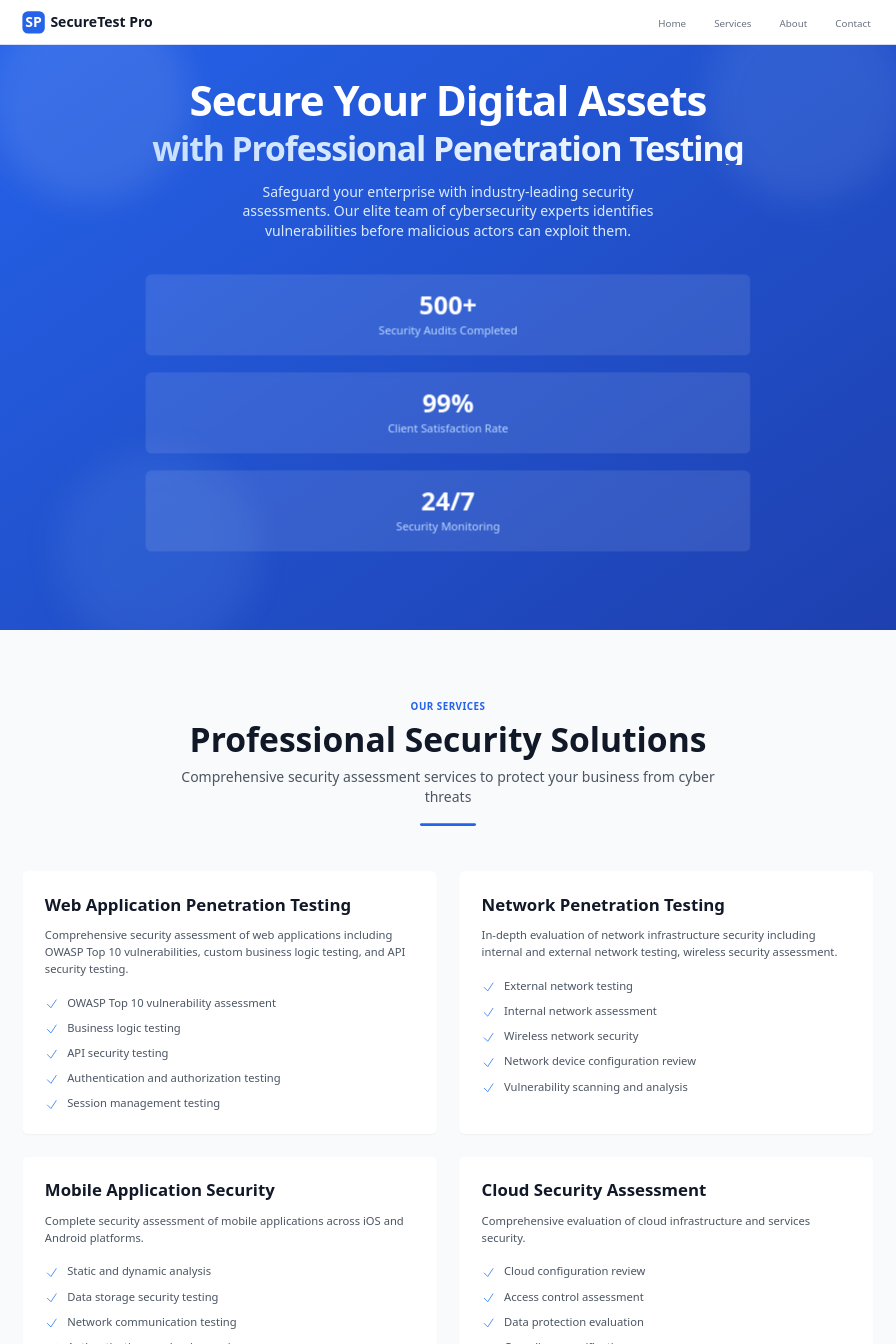
Repository: ZSayless/Penetration-test
Page: /
The author's editor kept a copy of each file at every save. The page is drawn from the files as they stood at one save, then again after the next save.
The browser window is 1280 px wide. The pictures show the part of the page from y = 0 to 1920 px (the page is 8303 px tall before and 8123 px after), at 70% of full size.
The project was rebuilt for these pictures with package versions that can differ from the ones it lists, and the page was loaded fresh each time. The framework's server and built-in components were replaced by stand-ins that run in the browser. Also part of the build but not shown: next.config.js.

Above is the page before, as saved 2024-12-06 10:27:06.

### src/app/layout.tsx
import type { Metadata } from "next";
import Navbar from "@/components/Navbar";
import "./globals.css";

export const metadata: Metadata = {
  title: "SecureTest Pro | Enterprise Cybersecurity Solutions",
  description:
    "Leading provider of advanced penetration testing and security assessment services. Protect your enterprise with our comprehensive cybersecurity solutions and expert vulnerability analysis.",
};

export default function RootLayout({
  children,
}: {
  children: React.ReactNode;
}) {
  return (
    <html lang="en">
      <body>
        <Navbar />
        {children}
      </body>
    </html>
  );
}

### src/app/page.tsx
'use client';

import Hero from '@/components/sections/Hero';
import Services from '@/components/sections/Services';
import Process from '@/components/sections/Process';
import About from '@/components/sections/About';
import Features from '@/components/sections/Features';
import Testimonials from '@/components/sections/Testimonials';
import Contact from '@/components/sections/Contact';
import WhyPentest from '@/components/sections/WhyPentest';
import FAQ from '@/components/sections/FAQ';
import Tools from '@/components/sections/Tools';

export default function Home() {
  return (
    <main>
      <section id="home" className="relative min-h-screen flex items-center justify-center overflow-hidden px-4 sm:px-6 lg:px-8 py-20 sm:py-24 md:py-28">
        <div className="absolute inset-0 bg-gradient-to-br from-blue-600 to-blue-800">
          <div className="absolute inset-0 opacity-10 hidden md:block">
            <div className="absolute top-0 -left-4 w-48 h-48 md:w-72 md:h-72 bg-white rounded-full mix-blend-multiply filter blur-xl animate-blob"></div>
            <div className="absolute top-0 -right-4 w-48 h-48 md:w-72 md:h-72 bg-blue-200 rounded-full mix-blend-multiply filter blur-xl animate-blob animation-delay-2000"></div>
            <div className="absolute -bottom-8 left-20 w-48 h-48 md:w-72 md:h-72 bg-blue-300 rounded-full mix-blend-multiply filter blur-xl animate-blob animation-delay-4000"></div>
          </div>

          <div className="absolute inset-0 bg-grid-white/[0.05] bg-[length:20px_20px] md:bg-[length:40px_40px]"></div>
        </div>

        <div className="relative w-full max-w-7xl mx-auto">
          <div className="text-center space-y-8 sm:space-y-12">
            <div className="space-y-4 sm:space-y-6">
              <h1 className="text-3xl sm:text-4xl md:text-5xl lg:text-6xl font-bold text-white tracking-tight px-4">
                Secure Your Digital Assets
                <span className="block mt-2 sm:mt-4 text-2xl sm:text-3xl md:text-4xl lg:text-5xl bg-gradient-to-r from-blue-200 to-white bg-clip-text text-transparent">
                  with Professional Penetration Testing
                </span>
              </h1>
              <p className="text-base sm:text-lg md:text-xl max-w-2xl mx-auto text-blue-100 px-4">
                Safeguard your enterprise with industry-leading security assessments.
                Our elite team of cybersecurity experts identifies vulnerabilities
                before malicious actors can exploit them.
              </p>
            </div>

            <div className="grid grid-cols-1 gap-4 sm:gap-6 max-w-lg sm:max-w-2xl lg:max-w-4xl mx-auto px-4">
              <div className="p-4 sm:p-6 rounded-lg bg-white/10 backdrop-blur-sm transform hover:scale-105 transition-transform duration-300">
                <div className="text-3xl sm:text-4xl font-bold text-white mb-1">500+</div>
                <div className="text-sm sm:text-base text-blue-200">Security Audits Completed</div>
              </div>

              <div className="p-4 sm:p-6 rounded-lg bg-white/10 backdrop-blur-sm transform hover:scale-105 transition-transform duration-300">
                <div className="text-3xl sm:text-4xl font-bold text-white mb-1">99%</div>
                <div className="text-sm sm:text-base text-blue-200">Client Satisfaction Rate</div>
              </div>

              <div className="p-4 sm:p-6 rounded-lg bg-white/10 backdrop-blur-sm transform hover:scale-105 transition-transform duration-300">
                <div className="text-3xl sm:text-4xl font-bold text-white mb-1">24/7</div>
                <div className="text-sm sm:text-base text-blue-200">Security Monitoring</div>
              </div>
            </div>
          </div>
        </div>
      </section>
      <Services />
      <Process />
      <WhyPentest />
      <Tools />
      <About />
      <Features />
      <FAQ />
      <Testimonials />
      <Contact />
    </main>
  );
}

### src/components/Navbar.tsx
'use client';

import Link from 'next/link';
import { useState } from 'react';

const navItems = [
  { name: 'Home', href: '#home' },
  { name: 'Services', href: '#services' },
  { name: 'About', href: '#about' },
  { name: 'Contact', href: '#contact' }
];

export default function Navbar() {
  const [active, setActive] = useState('');

  const handleScroll = (e: React.MouseEvent<HTMLAnchorElement>, href: string) => {
    e.preventDefault();
    const targetId = href.replace('#', '');
    const element = document.getElementById(targetId);
    element?.scrollIntoView({ behavior: 'smooth' });
    setActive(href);
  };

  return (
    <nav className="fixed top-0 left-0 right-0 z-50 bg-white shadow-sm">
      <div className="max-w-7xl mx-auto px-4 sm:px-6 lg:px-8">
        <div className="flex justify-between h-16">
          {/* Logo */}
          <div className="flex-shrink-0 flex items-center">
            <Link href="/" className="flex items-center space-x-2">
              <div className="w-8 h-8 bg-blue-600 rounded-lg flex items-center justify-center">
                <span className="text-white font-bold text-xl">SP</span>
              </div>
              <span className="text-xl font-bold text-gray-900">SecureTest Pro</span>
            </Link>
          </div>

          {/* Navigation Links */}
          <div className="flex items-center">
            <div className="flex space-x-8">
              {navItems.map((item) => (
                <Link
                  key={item.name}
                  href={item.href}
                  onClick={(e) => handleScroll(e, item.href)}
                  className={`inline-flex items-center px-1 pt-1 border-b-2 text-sm font-medium ${
                    active === item.href
                      ? 'border-blue-500 text-gray-900'
                      : 'border-transparent text-gray-500 hover:border-gray-300 hover:text-gray-700'
                  }`}
                >
                  {item.name}
                </Link>
              ))}
            </div>
          </div>
        </div>
      </div>
    </nav>
  );
}

### src/app/globals.css
@tailwind base;
@tailwind components;
@tailwind utilities;

html {
  scroll-padding-top: 4rem;
  scroll-behavior: smooth;
}

section {
  scroll-margin-top: 4rem;
}

@keyframes blob {
  0% { transform: translate(0px, 0px) scale(1); }
  33% { transform: translate(30px, -50px) scale(1.1); }
  66% { transform: translate(-20px, 20px) scale(0.9); }
  100% { transform: translate(0px, 0px) scale(1); }
}

.animate-blob {
  animation: blob 7s infinite;
}

.animation-delay-2000 {
  animation-delay: 2s;
}

.animation-delay-4000 {
  animation-delay: 4s;
}

.bg-grid-white {
  background-image: linear-gradient(to right, rgba(255, 255, 255, 0.1) 1px, transparent 1px),
    linear-gradient(to bottom, rgba(255, 255, 255, 0.1) 1px, transparent 1px);
}

### src/components/sections/Features.tsx
export default function Features() {
  return (
    <section id="features" className="py-20 bg-gray-50">
      <div className="max-w-7xl mx-auto px-4 sm:px-6 lg:px-8">
        <div className="text-center">
          <h2 className="text-3xl font-extrabold text-gray-900 sm:text-4xl">
            Why Choose Our Services
          </h2>
          <p className="mt-4 max-w-2xl mx-auto text-xl text-gray-500">
            Industry-leading security testing with comprehensive solutions
          </p>
        </div>

        <div className="mt-20 grid grid-cols-1 gap-8 md:grid-cols-2 lg:grid-cols-3">
          {[
            {
              title: 'Expert Team',
              description: 'Certified security professionals with years of experience',
              icon: '👨‍💻',
            },
            {
              title: 'Comprehensive Reports',
              description: 'Detailed findings with actionable recommendations',
              icon: '📊',
            },
            {
              title: '24/7 Support',
              description: 'Round-the-clock assistance and consultation',
              icon: '🔧',
            },
            {
              title: 'Latest Tools',
              description: 'Using cutting-edge security testing tools',
              icon: '🛠',
            },
            {
              title: 'Custom Solutions',
              description: 'Tailored testing plans for your specific needs',
              icon: '🎯',
            },
            {
              title: 'Fast Turnaround',
              description: 'Quick delivery without compromising quality',
              icon: '⚡',
            },
          ].map((feature, index) => (
            <div
              key={index}
              className="relative bg-white p-6 rounded-lg shadow-lg hover:shadow-xl transition-all duration-300"
            >
              <div>
                <span className="text-4xl">{feature.icon}</span>
                <h3 className="mt-4 text-lg font-medium text-gray-900">
                  {feature.title}
                </h3>
                <p className="mt-2 text-gray-500">{feature.description}</p>
              </div>
            </div>
          ))}
        </div>
      </div>
    </section>
  );
}

### src/components/sections/Testimonials.tsx
export default function Testimonials() {
  return (
    <section id="testimonials" className="py-20 bg-white">
      <div className="max-w-7xl mx-auto px-4 sm:px-6 lg:px-8">
        <div className="text-center">
          <h2 className="text-3xl font-extrabold text-gray-900 sm:text-4xl">
            What Our Clients Say
          </h2>
          <p className="mt-4 max-w-2xl mx-auto text-xl text-gray-500">
            Don't just take our word for it
          </p>
        </div>

        <div className="mt-20 grid grid-cols-1 gap-8 md:grid-cols-2 lg:grid-cols-3">
          {[
            {
              quote: "The team's expertise and professionalism exceeded our expectations. They found critical vulnerabilities that could have been devastating if exploited.",
              author: "John Smith",
              role: "CTO, Tech Corp",
            },
            {
              quote: "Comprehensive testing and clear reporting helped us improve our security posture significantly. Highly recommended!",
              author: "Sarah Johnson",
              role: "Security Director, Finance Plus",
            },
            {
              quote: "Their penetration testing service is thorough and their recommendations are practical and actionable.",
              author: "Mike Williams",
              role: "IT Manager, Global Retail",
            },
          ].map((testimonial, index) => (
            <div
              key={index}
              className="bg-gray-50 p-8 rounded-lg shadow-lg hover:shadow-xl transition-all duration-300"
            >
              <p className="text-gray-600 italic">"{testimonial.quote}"</p>
              <div className="mt-6">
                <p className="text-gray-900 font-semibold">{testimonial.author}</p>
                <p className="text-gray-500">{testimonial.role}</p>
              </div>
            </div>
          ))}
        </div>
      </div>
    </section>
  );
}

### src/components/sections/WhyPentest.tsx
'use client';

import { motion } from 'framer-motion';
import {
  ShieldCheckIcon,
  LockClosedIcon,
  ClipboardDocumentCheckIcon,
  ComputerDesktopIcon,
  ArrowPathRoundedSquareIcon,
  BanknotesIcon
} from '@heroicons/react/24/outline';

const reasons = [
  {
    title: "Early Threat Detection",
    description: "Identify potential vulnerabilities early to prevent malicious attacks. This is crucial for preventing data breaches and system compromises.",
    icon: ShieldCheckIcon
  },
  {
    title: "Data Protection",
    description: "Protect critical business data and customer information to prevent reputation damage and reduce legal risks.",
    icon: LockClosedIcon
  },
  {
    title: "Regulatory Compliance",
    description: "Meet various industry regulations and legal requirements through regular security testing. Prepare for regulatory audits.",
    icon: ClipboardDocumentCheckIcon
  },
  {
    title: "Cyber Attack Simulation",
    description: "Test using real hacker techniques to strengthen your organization's defense strategies.",
    icon: ComputerDesktopIcon
  },
  {
    title: "Business Continuity",
    description: "Maintain system availability and minimize business disruption by addressing vulnerabilities through penetration testing.",
    icon: ArrowPathRoundedSquareIcon
  },
  {
    title: "Cost Reduction",
    description: "Save costs by fixing system vulnerabilities before they lead to major security incidents.",
    icon: BanknotesIcon
  }
];

export default function WhyPentest() {
  return (
    <section className="py-24 bg-white">
      <div className="max-w-7xl mx-auto px-4 sm:px-6 lg:px-8">
        <motion.div
          initial={{ opacity: 0, y: 20 }}
          whileInView={{ opacity: 1, y: 0 }}
          viewport={{ once: true }}
          transition={{ duration: 0.8 }}
          className="text-center mb-16"
        >
          <h2 className="text-2xl font-semibold text-blue-600">Why Choose Us</h2>
          <h3 className="mt-2 text-4xl font-bold text-gray-900">Key Reasons for Vulnerability Assessment & Penetration Testing</h3>
        </motion.div>

        <div className="grid grid-cols-1 md:grid-cols-2 lg:grid-cols-3 gap-8">
          {reasons.map((reason, index) => (
            <motion.div
              key={index}
              initial={{ opacity: 0, y: 20 }}
              whileInView={{ opacity: 1, y: 0 }}
              viewport={{ once: true }}
              transition={{ duration: 0.5, delay: index * 0.1 }}
              className="bg-gray-50 rounded-xl p-6 hover:shadow-xl transition-shadow duration-300"
            >
              <div className="flex items-start space-x-4">
                <div className="flex-shrink-0">
                  <div className="w-12 h-12 bg-blue-100 rounded-lg flex items-center justify-center">
                    <reason.icon className="w-6 h-6 text-blue-600" />
                  </div>
                </div>
                <div>
                  <h4 className="text-lg font-semibold text-gray-900 mb-2">{reason.title}</h4>
                  <p className="text-gray-600">{reason.description}</p>
                </div>
              </div>
            </motion.div>
          ))}
        </div>
      </div>
    </section>
  );
}

### src/components/sections/Tools.tsx
'use client';

import { motion } from 'framer-motion';
import { CommandLineIcon, ShieldCheckIcon, GlobeAltIcon, ServerIcon, WrenchScrewdriverIcon } from '@heroicons/react/24/outline';

const tools = [
  {
    name: "Acunetix",
    description: "Advanced web vulnerability scanning",
    icon: GlobeAltIcon
  },
  {
    name: "Nessus",
    description: "Comprehensive vulnerability assessment",
    icon: ShieldCheckIcon
  },
  {
    name: "Burp Suite",
    description: "Web application security testing",
    icon: CommandLineIcon
  },
  {
    name: "Metasploit",
    description: "Penetration testing framework",
    icon: ServerIcon
  },
  {
    name: "Wireshark",
    description: "Network protocol analyzer",
    icon: WrenchScrewdriverIcon
  }
];

export default function Tools() {
  return (
    <section className="py-24 bg-white">
      <div className="max-w-7xl mx-auto px-4 sm:px-6 lg:px-8">
        <motion.div
          initial={{ opacity: 0, y: 20 }}
          whileInView={{ opacity: 1, y: 0 }}
          viewport={{ once: true }}
          className="text-center mb-16"
        >
          <h2 className="text-2xl font-semibold text-blue-600">Our Arsenal</h2>
          <h3 className="mt-2 text-4xl font-bold text-gray-900">Professional Tools & Technologies</h3>
          <p className="mt-4 text-xl text-gray-600">
            We use industry-leading security tools to ensure comprehensive testing
          </p>
        </motion.div>

        <div className="grid grid-cols-2 md:grid-cols-3 lg:grid-cols-5 gap-8">
          {tools.map((tool, index) => (
            <motion.div
              key={index}
              initial={{ opacity: 0, y: 20 }}
              whileInView={{ opacity: 1, y: 0 }}
              viewport={{ once: true }}
              transition={{ delay: index * 0.1 }}
              className="flex flex-col items-center p-6 bg-gray-50 rounded-xl hover:shadow-lg transition-shadow duration-300"
            >
              <div className="w-20 h-20 mb-4 bg-blue-100 rounded-xl flex items-center justify-center">
                <tool.icon className="w-12 h-12 text-blue-600" />
              </div>
              <h4 className="text-lg font-semibold text-gray-900">{tool.name}</h4>
              <p className="text-sm text-gray-600 text-center mt-2">{tool.description}</p>
            </motion.div>
          ))}
        </div>
      </div>
    </section>
  );
}

Loaded but not shown: tailwind.config.js (18 lines, source omitted); src/components/sections/Contact.tsx (306 lines, source omitted); src/components/sections/About.tsx (146 lines, source omitted); src/components/sections/FAQ.tsx (119 lines, source omitted); src/components/sections/Process.tsx (105 lines, source omitted); src/components/sections/Services.tsx (109 lines, source omitted)

After the next save:
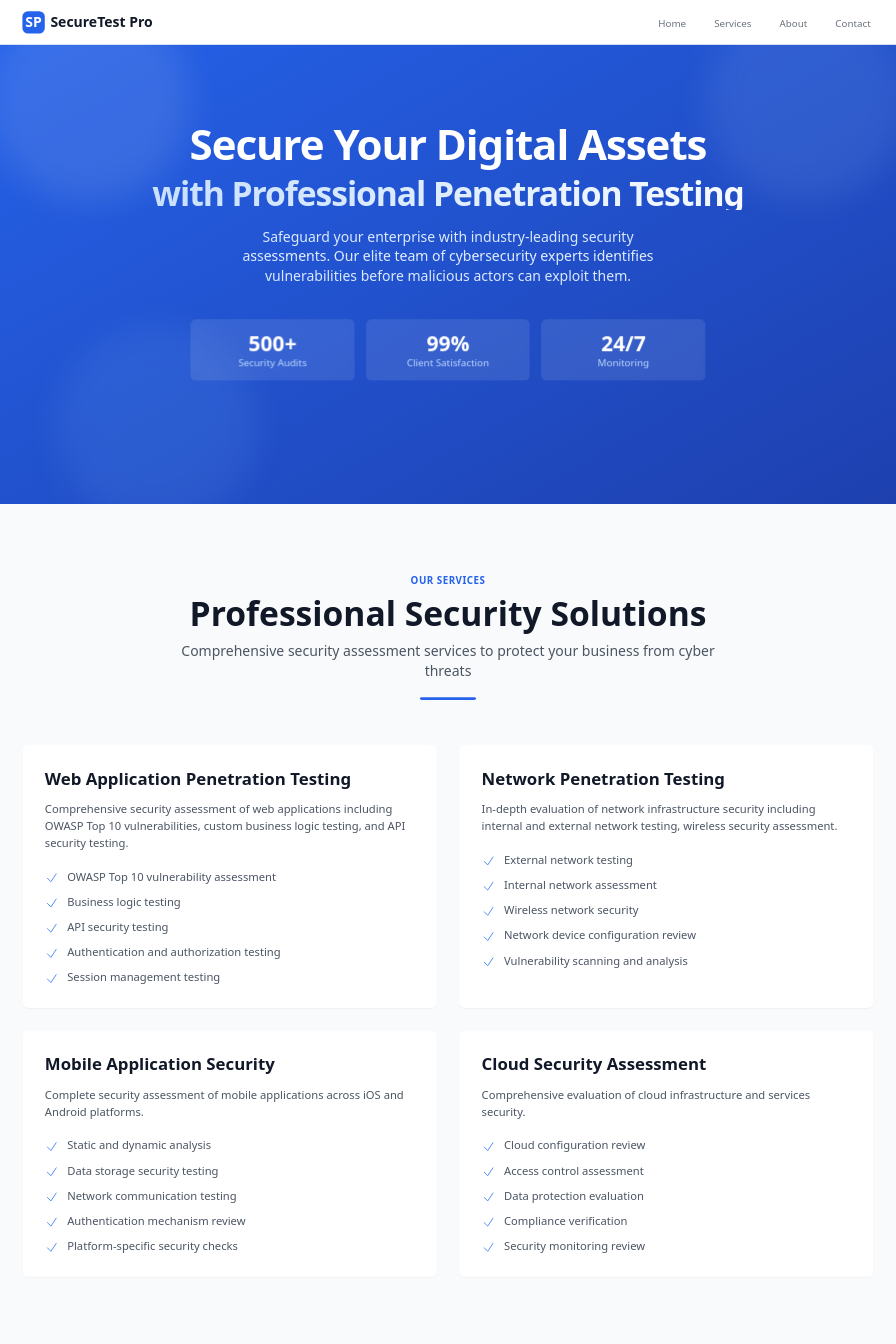
Saved 69 s later.
--- a/src/app/page.tsx
+++ b/src/app/page.tsx
@@ -41,20 +41,20 @@ export default function Home() {
               </p>
             </div>
 
-            <div className="grid grid-cols-1 gap-4 sm:gap-6 max-w-lg sm:max-w-2xl lg:max-w-4xl mx-auto px-4">
-              <div className="p-4 sm:p-6 rounded-lg bg-white/10 backdrop-blur-sm transform hover:scale-105 transition-transform duration-300">
-                <div className="text-3xl sm:text-4xl font-bold text-white mb-1">500+</div>
-                <div className="text-sm sm:text-base text-blue-200">Security Audits Completed</div>
+            <div className="grid grid-cols-3 gap-3 sm:gap-4 max-w-3xl mx-auto px-4">
+              <div className="p-3 sm:p-4 rounded-lg bg-white/10 backdrop-blur-sm hover:bg-white/15 transition-colors duration-300">
+                <div className="text-2xl sm:text-3xl font-bold text-white">500+</div>
+                <div className="text-xs sm:text-sm text-blue-200">Security Audits</div>
               </div>
 
-              <div className="p-4 sm:p-6 rounded-lg bg-white/10 backdrop-blur-sm transform hover:scale-105 transition-transform duration-300">
-                <div className="text-3xl sm:text-4xl font-bold text-white mb-1">99%</div>
-                <div className="text-sm sm:text-base text-blue-200">Client Satisfaction Rate</div>
+              <div className="p-3 sm:p-4 rounded-lg bg-white/10 backdrop-blur-sm hover:bg-white/15 transition-colors duration-300">
+                <div className="text-2xl sm:text-3xl font-bold text-white">99%</div>
+                <div className="text-xs sm:text-sm text-blue-200">Client Satisfaction</div>
               </div>
 
-              <div className="p-4 sm:p-6 rounded-lg bg-white/10 backdrop-blur-sm transform hover:scale-105 transition-transform duration-300">
-                <div className="text-3xl sm:text-4xl font-bold text-white mb-1">24/7</div>
-                <div className="text-sm sm:text-base text-blue-200">Security Monitoring</div>
+              <div className="p-3 sm:p-4 rounded-lg bg-white/10 backdrop-blur-sm hover:bg-white/15 transition-colors duration-300">
+                <div className="text-2xl sm:text-3xl font-bold text-white">24/7</div>
+                <div className="text-xs sm:text-sm text-blue-200">Monitoring</div>
               </div>
             </div>
           </div>
